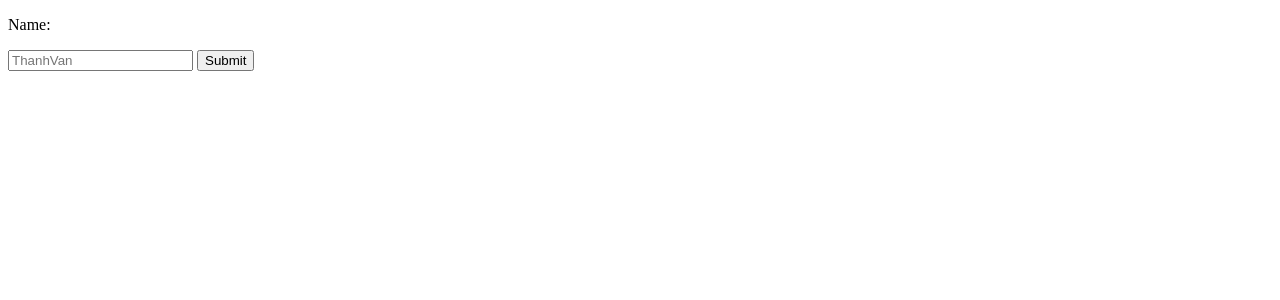
Repository: PhamChiXuan1/HTCNW_tuan3_DHCNTT16C_PhamChiXuan_20030131
Page: bt12.html
An editor plug-in stored every save of this project. The page is shown before and after the next save, followed by the edit.
The browser window is 1280 px wide. The pictures show the whole page.

Above is the page before, as saved 2022-02-28 13:00:12.

After the next save:
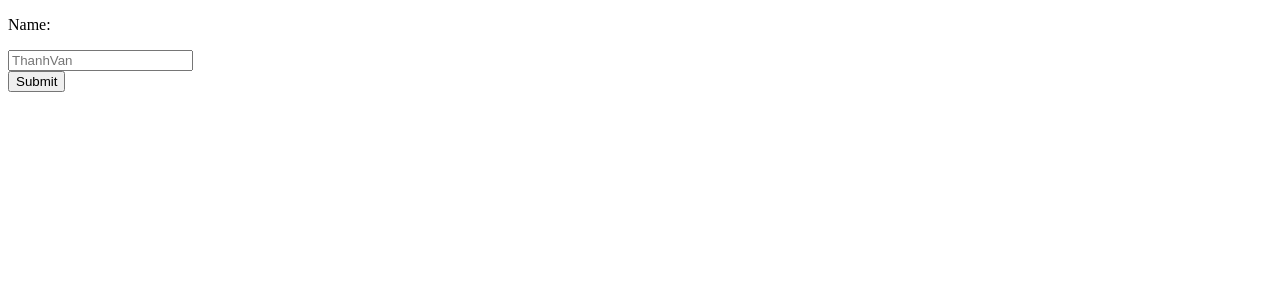
Saved 9 s later.
--- a/bt12.html
+++ b/bt12.html
@@ -8,7 +8,7 @@
 </head>
 <body>
     <P>Name:</P>
-    <input type="text" placeholder="ThanhVan">
+    <input type="text" placeholder="ThanhVan"><br>
     <input type="submit" value="Submit">
 </body>
 </html>
